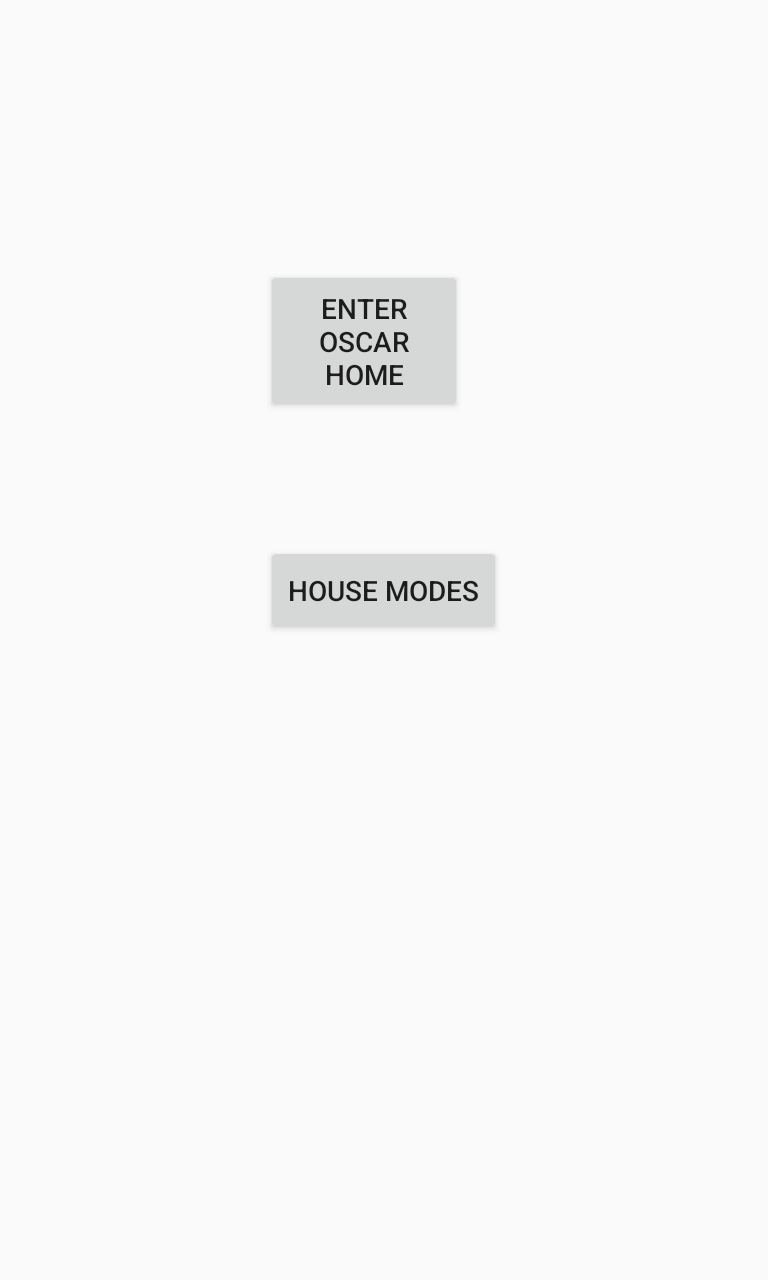
Repository: LogInc/oscar_app
Layout: Android/Oscar/res/layout/activity_home.xml
These files come from the project's save history. The layout is drawn as it stood at one moment and after the next save; the edit follows.
It is drawn on a 768 x 1280 px phone screen (xhdpi) without system bars, with theme AppTheme; the app's code is not run.

Above is the layout before, as saved 2015-02-19 13:28:03.

### Android/Oscar/res/layout/activity_home.xml
<RelativeLayout xmlns:android="http://schemas.android.com/apk/res/android"
    xmlns:tools="http://schemas.android.com/tools"
    android:layout_width="match_parent"
    android:layout_height="match_parent"
    tools:context="${relativePackage}.${activityClass}" >

    <Button
        android:id="@+id/modes"
        android:layout_width="wrap_content"
        android:layout_height="wrap_content"
        android:layout_below="@+id/oscarHouse"
        android:layout_centerHorizontal="true"
        android:layout_marginTop="63dp"
        android:text="@string/Modes" />

    <Button
        android:id="@+id/oscarHouse"
        android:layout_width="100dp"
        android:layout_height="75dp"
        android:layout_alignLeft="@+id/modes"
        android:layout_alignParentTop="true"
        android:layout_marginTop="133dp"
        android:text="@string/OscarHouse" />

</RelativeLayout>

### Android/Oscar/res/values/strings.xml
<?xml version="1.0" encoding="utf-8"?>
<resources>

    <string name="app_name">Oscar</string>
    <string name="title_activity_login">Login</string>
    <string name="hello_world">Hello world!</string>
    <string name="Password">Password</string>
    <string name="Username">Username</string>
    <string name="SignIn">Sign In</string>
    <string name="title_activity_home">Home</string>
    <string name="Modes">House Modes</string>
    <string name="OscarHouse">Enter Oscar Home</string>

</resources>

Loaded but not shown: Android/Oscar/res/values/styles.xml (common file); Android/Oscar/res/values-v11/styles.xml (common file); Android/Oscar/res/values-v14/styles.xml (common file)

After the next save:
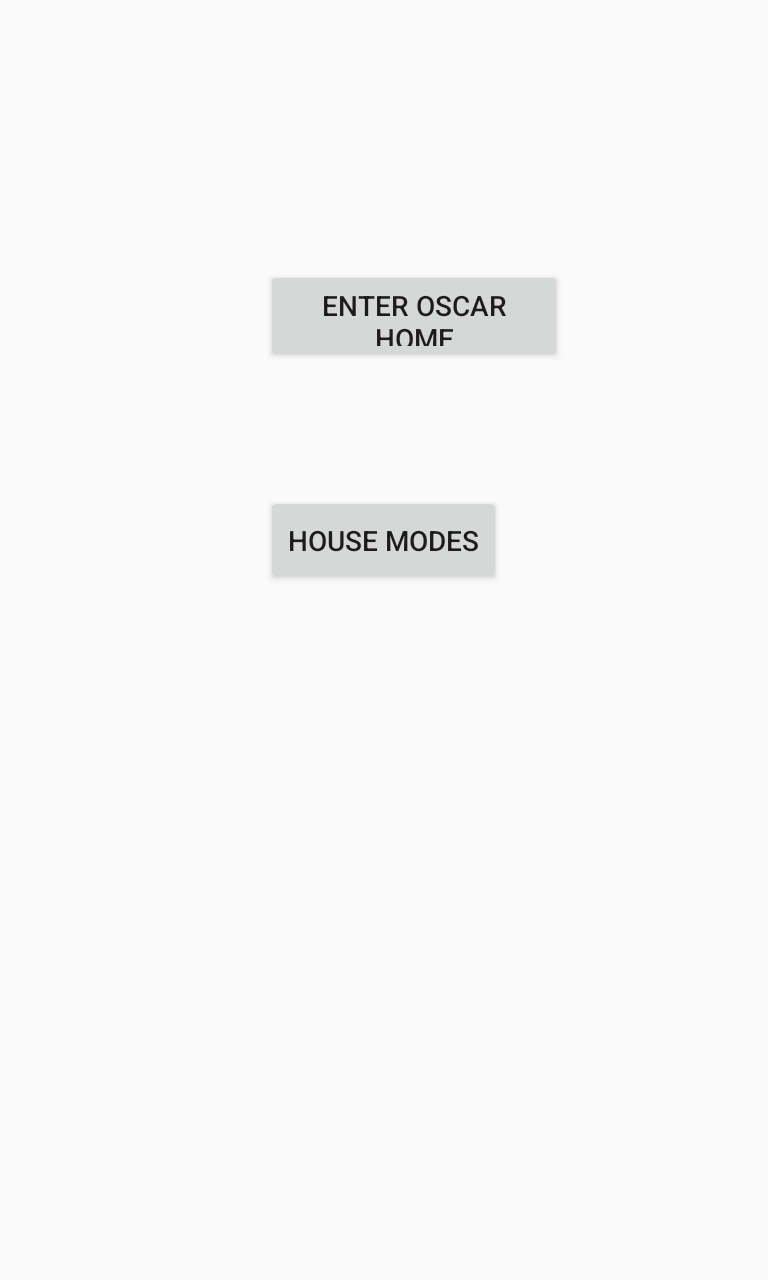
Saved 34 s later.
--- a/Android/Oscar/res/layout/activity_home.xml
+++ b/Android/Oscar/res/layout/activity_home.xml
@@ -15,8 +15,8 @@
 
     <Button
         android:id="@+id/oscarHouse"
-        android:layout_width="100dp"
-        android:layout_height="75dp"
+        android:layout_width="150dp"
+        android:layout_height="50dp"
         android:layout_alignLeft="@+id/modes"
         android:layout_alignParentTop="true"
         android:layout_marginTop="133dp"
